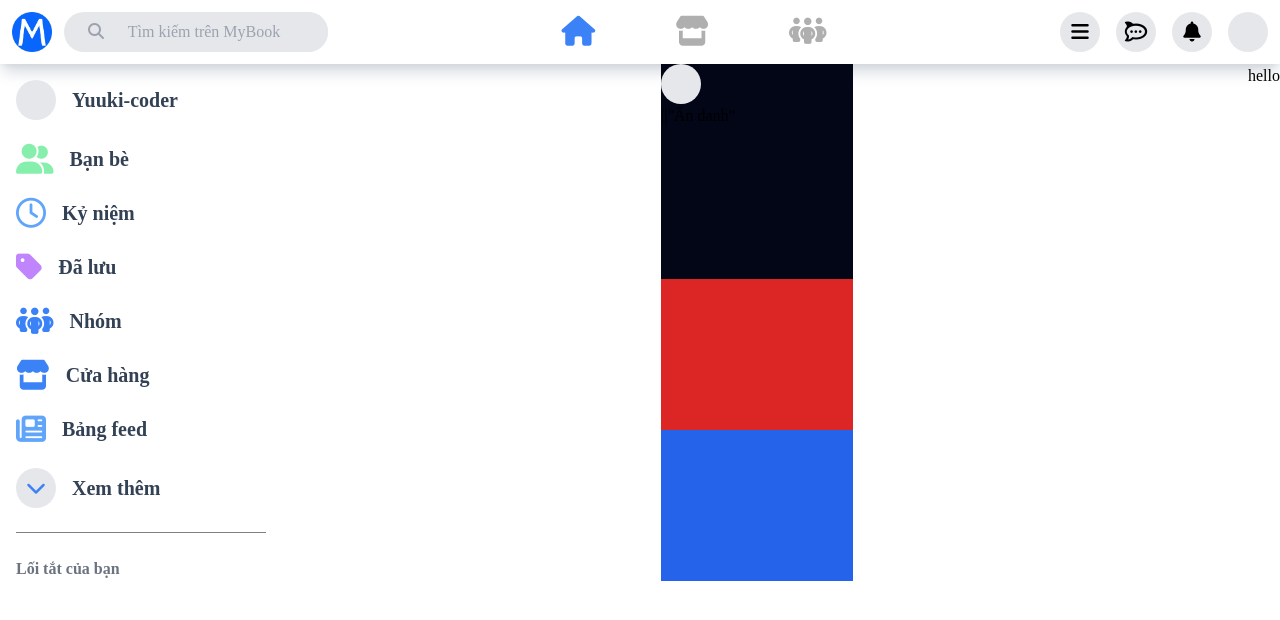
Repository: Yuukicoder/MyBook
Page: / (app in mybook/)
An editor plug-in stored every save of this project. The page is shown before and after the next save, followed by the edit.
The browser window is 1280 px wide. The pictures show the whole page.
The project was rebuilt for these pictures with package versions that can differ from the ones it lists, and the page was loaded fresh each time.

Above is the page before, as saved 2023-12-14 09:20:03.

### mybook/src/index.js
import React from 'react';
import ReactDOM from 'react-dom/client';
import './index.css';
import App from './App';
import reportWebVitals from './reportWebVitals';

const root = ReactDOM.createRoot(document.getElementById('root'));
root.render(
  <React.StrictMode >
  <App / >
  </React.StrictMode>
);

// If you want to start measuring performance in your app, pass a function
// to log results (for example: reportWebVitals(console.log))
// or send to an analytics endpoint. Learn more: https://bit.ly/CRA-vitals
reportWebVitals();

### mybook/src/index.css
@tailwind base;
@tailwind components;
@tailwind utilities;
  @import url('https://fonts.googleapis.com/css2?family=Arima:wght@100;200;300;400;500;700&display=swap');
*{
  margin: 0;
  padding: 0;
  box-sizing: border-box;
  font-family: Arima;
  /* border: 1px solid black; */
}
body{
  width: 100%;
  height: 100vh;
}

### mybook/src/App.js
import './App.css';
import '@fortawesome/fontawesome-free/css/all.min.css';
import Navbar from './Navbar'
import Option from './Option'
import News from './News';
import Friend_contact from './Friend_contact';
 var App = () =>
(
    <div class="">
        <Navbar/>
        <div class="flex justify-between">
        <Option name="Yuuki-coder"/>
        <News/>
        <Friend_contact/>
        </div>

    </div>
)

export default App;

### mybook/src/App.css
:root{
  --text-color: rgb(175, 175, 175);
  --bg-icon-color: #e5e7eb;
}
.avatar{
  width: 40px;
  height: 40px;
  background-color: var(--bg-icon-color);
  border-radius: 50%;
  display: flex;
  align-items: center;
  justify-content: center;
}

### mybook/src/Navbar.js
import './Navbar.css'
import '@fortawesome/fontawesome-free/css/all.min.css';

var Navbar = () =>(


    <div class="flex items-center justify-between  w-screen py-3 px-3  shadow-lg shadow-gray-300">
        <div class="flex">

    <div class="Navbar_icon pr-3">
        <img class="w-10 h-10" src='iconMyBook.png' alt=""></img>
    </div>
    <div class="Navbar_search h-10 bg-gray-200 rounded-3xl">
        <label class=" text-center h-full pl-6"for="">
    <i class="fa-solid fa-magnifying-glass text-gray-400" ></i>
        </label>

        <input class="rounded-3xl text-center h-full pr-6 bg-gray-200" type="text" placeholder="Tìm kiếm trên MyBook"></input>
        </div>

    </div>
    <div class="  Navbar_selection">
        <ul class="flex gap-20">
            <li>
            <i class="fa-solid fa-house text-blue-500"></i>
            </li>
            <li>
            <i class="fa-solid fa-store"></i>
            </li>
            <li> <i class="fa-solid fa-people-group"></i></li>
        </ul>
    </div>
    <div class="Navbar_option">
        <ul class="flex gap-4 items-center">
            <li>
            <div class="avatar">

                <i class="fa-solid fa-bars"></i>
            </div>
                </li>
            <li>
            <div class="avatar">

                <i class="fa-brands fa-rocketchat"></i>
            </div>
                </li>
            <li>
            <div class="avatar">

                <i class="fa-solid fa-bell"></i>
            </div>
                </li>
            <li><div class="avatar"></div></li>
        </ul>
    </div>
    </div>
)
export default Navbar;

### mybook/src/Option.js
import './Option.css'
// var ButtonCollapse = () =>{

//     var collapse = document.getElementById('collapse');
// }


var Option = (x) => {
    function sayHello(name) {
        alert(`hello, ${name}`);
      }

    return (
    <div class="mt-4 ml-4  grid gap-6">

    <div class="flex gap-4 items-center box ">
        <div class="avatar">
        </div>
        <p class="font-semibold text-xl text-slate-700">{x.name}</p>

    </div>
    <div class="flex gap-4 items-center box">
    <i class="fa-solid fa-user-group text-green-300"></i>
        <p class="font-semibold text-xl text-slate-700">Bạn bè</p>

    </div>
    <div class="flex gap-4 items-center box ">
    <i class="fa-regular fa-clock text-blue-400"></i>
        <p class="font-semibold text-xl text-slate-700">Kỷ niệm</p>

    </div>
    <div class="flex gap-4 items-center box ">
    <i class="fa-solid fa-tag text-purple-400"></i>
        <p class="font-semibold text-xl text-slate-700">Đã lưu</p>

    </div>
    <div class="flex gap-4 items-center box ">
    <i class="fa-solid fa-people-group text-blue-500"></i>
        <p class="font-semibold text-xl text-slate-700">Nhóm</p>

    </div>
    <div class="flex gap-4 items-center box ">
    <i class="fa-solid fa-store text-blue-500"></i>
        <p class="font-semibold text-xl text-slate-700">Cửa hàng</p>

    </div>
    <div class="flex gap-4 items-center box ">
        <i class="fa-solid fa-newspaper text-blue-400"></i>
        <p class="font-semibold text-xl text-slate-700">Bảng feed</p>

    </div>
    <div class="flex gap-4 items-center box " >
        <div class="avatar">
    <i class="fa-solid fa-chevron-down text-blue-500 "></i>
        </div>
        <button class="font-semibold text-xl text-slate-700" onclick={sayHello}>Xem thêm</button>

    </div>
    <div class="line"></div>
    <p class="text-base font-semibold text-gray-500">Lối tắt của bạn</p>
    </div>
)}
export default Option

### mybook/src/News.js
var Story_Page = (x) => (
    <div class="">
        <div class="avatar"></div>
        <div class="author">{x.author}||"Ẩn danh"</div>
    </div>
    )
var News = () =>(
    <div class="grid">
        <div class="News_Story bg-slate-950">
            <div class="Story_Page w-48">
                <Story_Page></Story_Page>
            </div>
        </div>
        <div class="News_Tools bg-red-600"></div>
        <div class="News_Page bg-blue-600"></div>
    </div>

)
export default News;

### mybook/src/Friend_contact.js
var Friend_contact = () =>(
    <p>hello</p>
)
export default Friend_contact;

### mybook/src/Navbar.css
:root{
    --text-color: rgb(175, 175, 175);
    --bg-icon-color: #e5e7eb;
  }
  ul i{
  color: var(--text-color);
  font-size: 30px;
  }

  .Navbar_option ul li i{
    color: black;
  font-size: 20px;

  }

### mybook/src/Option.css

.box i{
    font-size: 30px;
}
.line{
    width: 250px;
    height: 1px;
    background-color: grey;
}
.avatar i{
    font-size: 20px;
}

### mybook/tailwind.config.js
/** @type {import('tailwindcss').Config} */
module.exports = {
  content: [
    "./src/**/*.{js,jsx,ts,tsx}",
  ],
  theme: {
    extend: {},
    color:{
      'text-grey':'#9ca9c9'
    }
  },
  plugins: [],
}

Loaded but not shown: mybook/public/index.html (common file); mybook/src/reportWebVitals.js (common file)

After the next save:
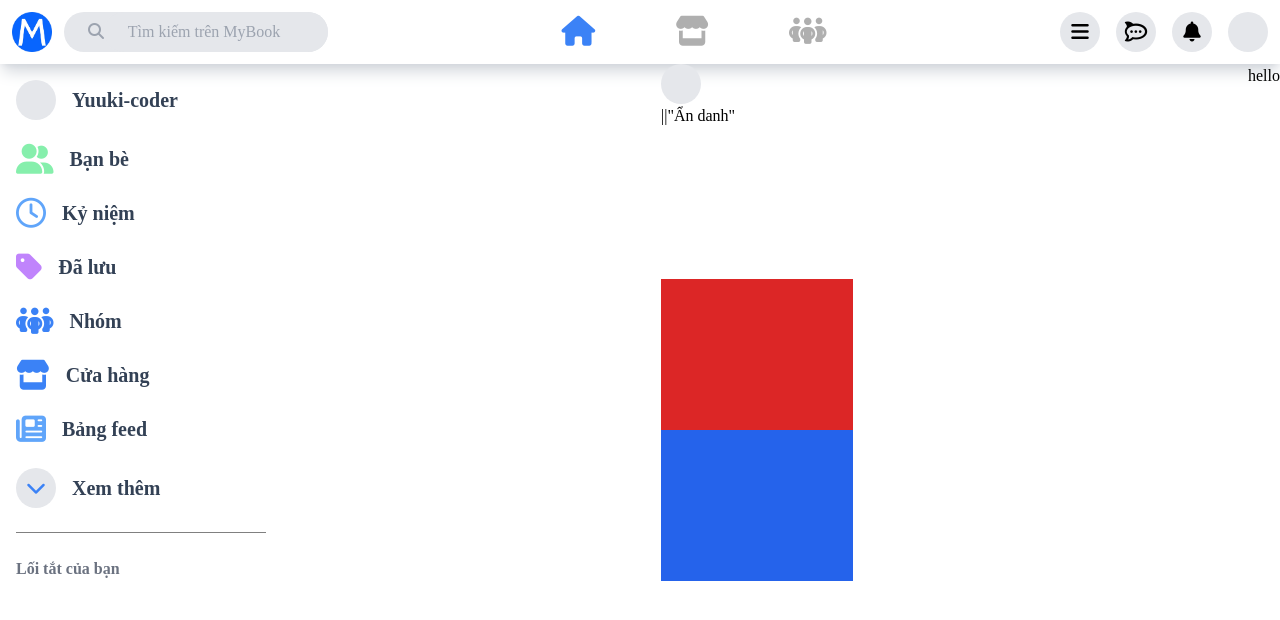
Saved 17 s later.
--- a/mybook/src/News.js
+++ b/mybook/src/News.js
@@ -1,12 +1,12 @@
 var Story_Page = (x) => (
     <div class="">
         <div class="avatar"></div>
-        <div class="author">{x.author}||"Ẩn danh"</div>
+        <div class="author ">{x.author}||"Ẩn danh"</div>
     </div>
     )
 var News = () =>(
     <div class="grid">
-        <div class="News_Story bg-slate-950">
+        <div class="News_Story ">
             <div class="Story_Page w-48">
                 <Story_Page></Story_Page>
             </div>
